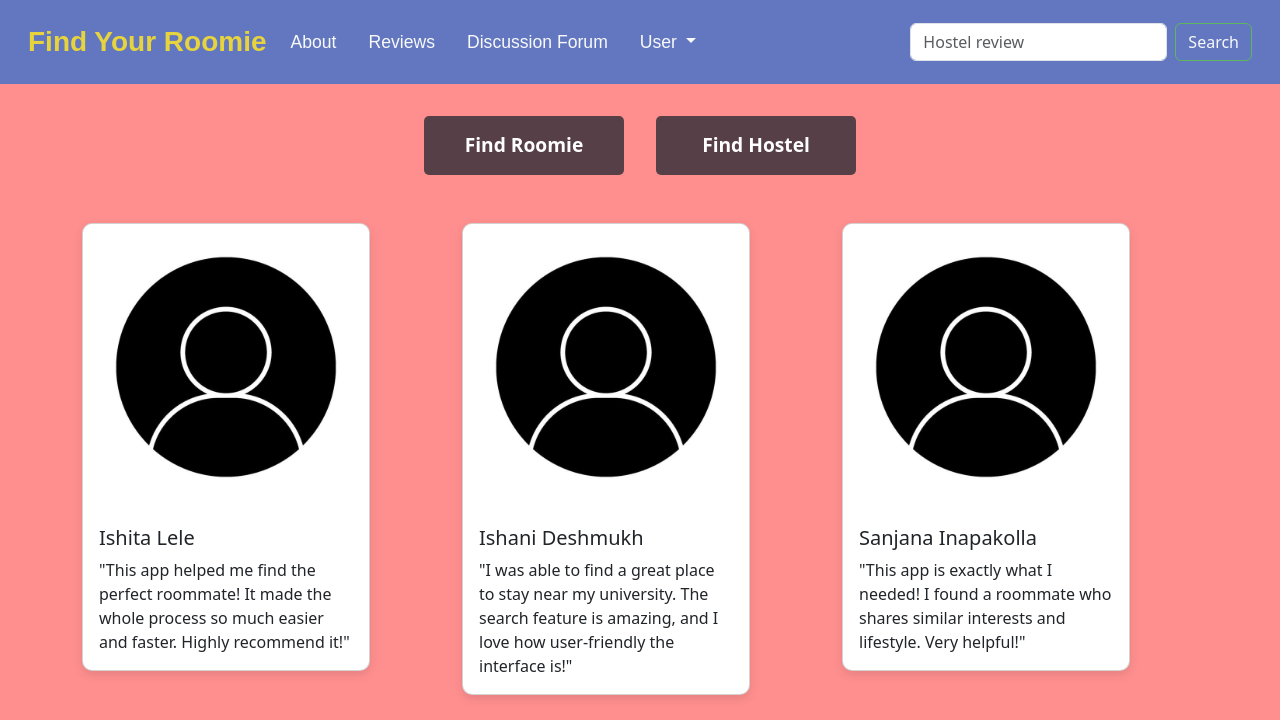
Repository: Sanjana-Inapakolla/Find-your-Roomie-website
Page: mini-project(jfst)/MiniProject/src/main/webapp/home.html
The author's editor kept a copy of each file at every save. The page is drawn from the files as they stood at one save, then again after the next save.
The browser window is 1280 px wide. The pictures show the whole page.

Above is the page before, as saved 2024-11-13 09:49:48.

After the next save:
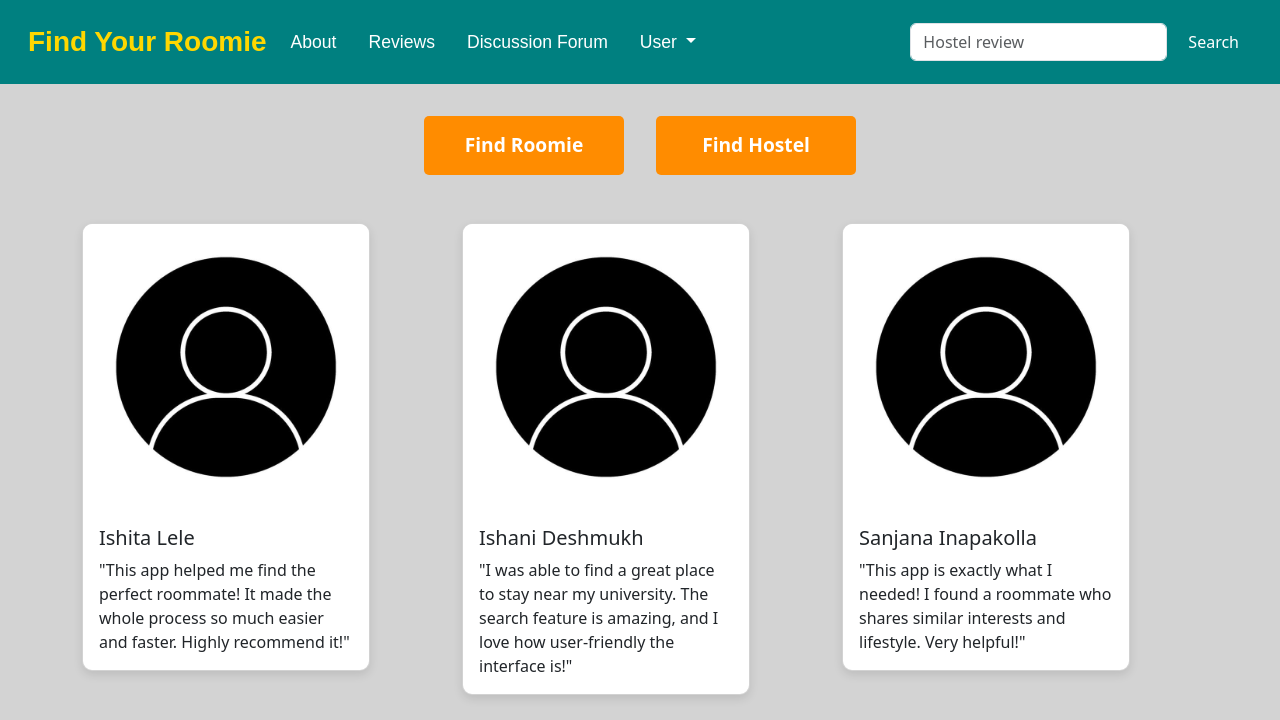
Saved 37 min 6 s later.
--- a/mini-project(jfst)/MiniProject/src/main/webapp/home.html
+++ b/mini-project(jfst)/MiniProject/src/main/webapp/home.html
@@ -3,26 +3,25 @@
 <head>
   <meta charset="ISO-8859-1">
   <title>Home Page</title>
- <link href="https://cdn.jsdelivr.net/npm/bootstrap@5.3.3/dist/css/bootstrap.min.css" rel="stylesheet" integrity="sha384-QWTKZyjpPEjISv5WaRU9OFeRpok6YctnYmDr5pNlyT2bRjXh0JMhjY6hW+ALEwIH" crossorigin="anonymous">
+  <link href="https://cdn.jsdelivr.net/npm/bootstrap@5.3.3/dist/css/bootstrap.min.css" rel="stylesheet" integrity="sha384-QWTKZyjpPEjISv5WaRU9OFeRpok6YctnYmDr5pNlyT2bRjXh0JMhjY6hW+ALEwIH" crossorigin="anonymous">
   <style>
     /* Navbar Styling */
     .navbar {
-      background-color: #6277bf ;
+      background-color: #008080; /* Teal as Primary Color */
       padding: 1rem;
     }
 
     /* Navbar Brand (Logo/Text) */
     .navbar-brand {
-      color: #f8f9fa;
+      color: #FFD700; /* Yellow as Primary Color */
       font-size: 1.75rem;
       font-weight: bold;
       font-family: 'Arial', sans-serif;
-      color:  #E6D33D;
     }
 
     /* Navbar Links (Home, Reviews, Discussion Forum) */
     .navbar-nav .nav-link {
-      color: #f8f9fa;
+      color: #FFFFFF; /* White as Secondary Color */
       font-size: 1.1rem;
       font-family: 'Arial', sans-serif;
       margin-right: 1rem;
@@ -31,30 +30,30 @@
 
     /* Active Link Color */
     .navbar-nav .nav-link.active {
-      color: #f8f9fa !important;
+      color: #FFFFFF !important;
     }
 
     /* Hover Effect for Links (Home, Reviews, Discussion Forum) */
     .navbar-nav .nav-link:hover {
-      color: #ff8f8f;
+      color: #FF8C00; /* Orange as Primary Color */
     }
 
     /* Active Link Hover (Ensures the hover color is still applied even if it's active) */
     .navbar-nav .nav-link.active:hover {
-      color: #ff8f8f !important;
+      color: #FF8C00 !important;
     }
 
     /* Search Button */
     .btn-outline-success {
-      color: #f8f9fa;
-      border-color: #5cb85c;
+      color: #FFFFFF;
+      border-color: #008080; /* Teal border */
       transition: background-color 0.3s, color 0.3s;
     }
 
     /* Search Button Hover */
     .btn-outline-success:hover {
-      background-color: #5cb85c;
-      color: #fff;
+      background-color: #008080; /* Teal background on hover */
+      color: #FFFFFF; /* White text */
     }
 
     /* Home Page Buttons Styling */
@@ -80,36 +79,37 @@
     }
 
     .find-roomie {
-      background-color: #563f46;
-      color: white;
+      background-color: #FF8C00; /* Orange as Primary Color */
+      color: #FFFFFF;
       border: none;
     }
 
     .find-roomie:hover {
-      background-color: #6277bf ;
+      background-color: #008080; /* Teal on hover */
     }
 
     .find-hostel {
-      background-color: #563f46;
-      color: white;
+      background-color: #FF8C00; /* Orange as Primary Color */
+      color: #FFFFFF;
       border: none;
     }
 
     .find-hostel:hover {
-      background-color: #6277bf;
+      background-color: #008080; /* Teal on hover */
     }
 
     .card {
       width: 18rem;
       border-radius: 10px;
       box-shadow: 0 4px 10px rgba(0, 0, 0, 0.1);
+      background-color: #FFFFFF; /* White as Secondary Color */
     }
     .card-img-top {
       border-radius: 10px 10px 0 0;
     }
 
     body{
-      background-color: #ff8f8f;
+      background-color: #D3D3D3; /* Light Gray as Secondary Color */
     }
   </style>
 </head>
@@ -117,7 +117,7 @@
 
 <!-- Navbar -->
 <nav class="navbar navbar-expand-lg">
-  <div class="container-fluid" style="background-color: #6277bf;">
+  <div class="container-fluid">
     <a class="navbar-brand" href="#">Find Your Roomie</a>
     <button class="navbar-toggler" type="button" data-bs-toggle="collapse" data-bs-target="#navbarNav" aria-controls="navbarNav" aria-expanded="false" aria-label="Toggle navigation">
       <span class="navbar-toggler-icon"></span>
